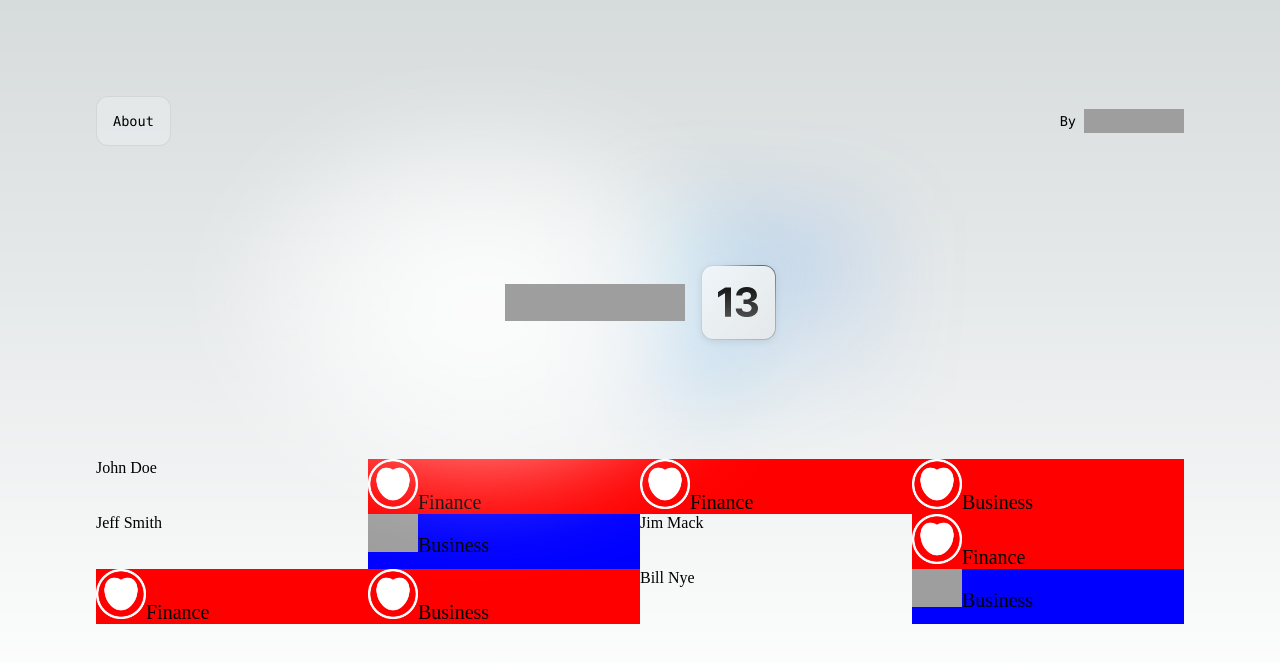
Repository: karthur1/class-example-3
Page: /
These files come from the project's save history. The page is drawn as it stood at one moment and after the next save; the edit follows.
The browser window is 1280 px wide. The pictures show the whole page.
Pictures or frames that could not be fetched are drawn as grey boxes. The project was rebuilt for these pictures with package versions that can differ from the ones it lists, and the page was loaded fresh each time. The framework's server and built-in components were replaced by stand-ins that run in the browser. Also part of the build but not shown: next.config.js.

Above is the page before, as saved 2023-01-20 23:53:41.

After the next save:
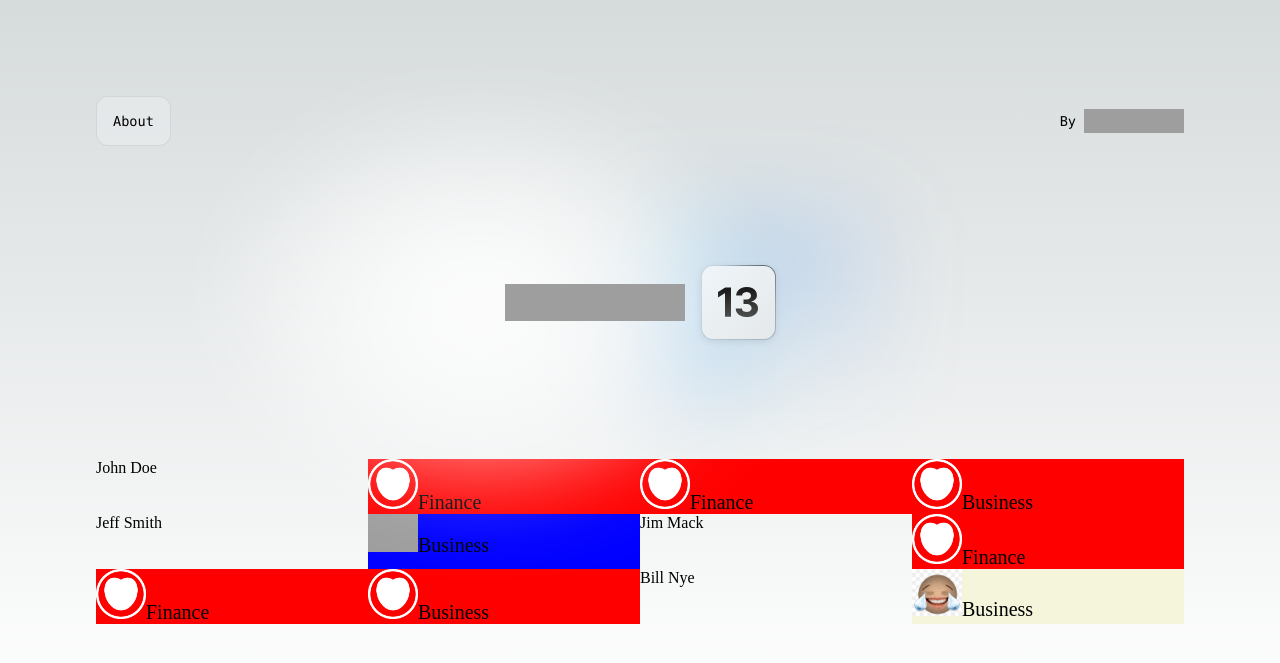
Saved 9 s later.
--- a/pages/index.js
+++ b/pages/index.js
@@ -101,7 +101,7 @@
             if(info.department === "Computing") {
 
              return(
-              <Card key={index} degree={info.degree} colour="blue" font="20px"/>
+              <Card key={index} degree={info.degree} colour="beige" font="20px"/>
              )
           }
         })}
